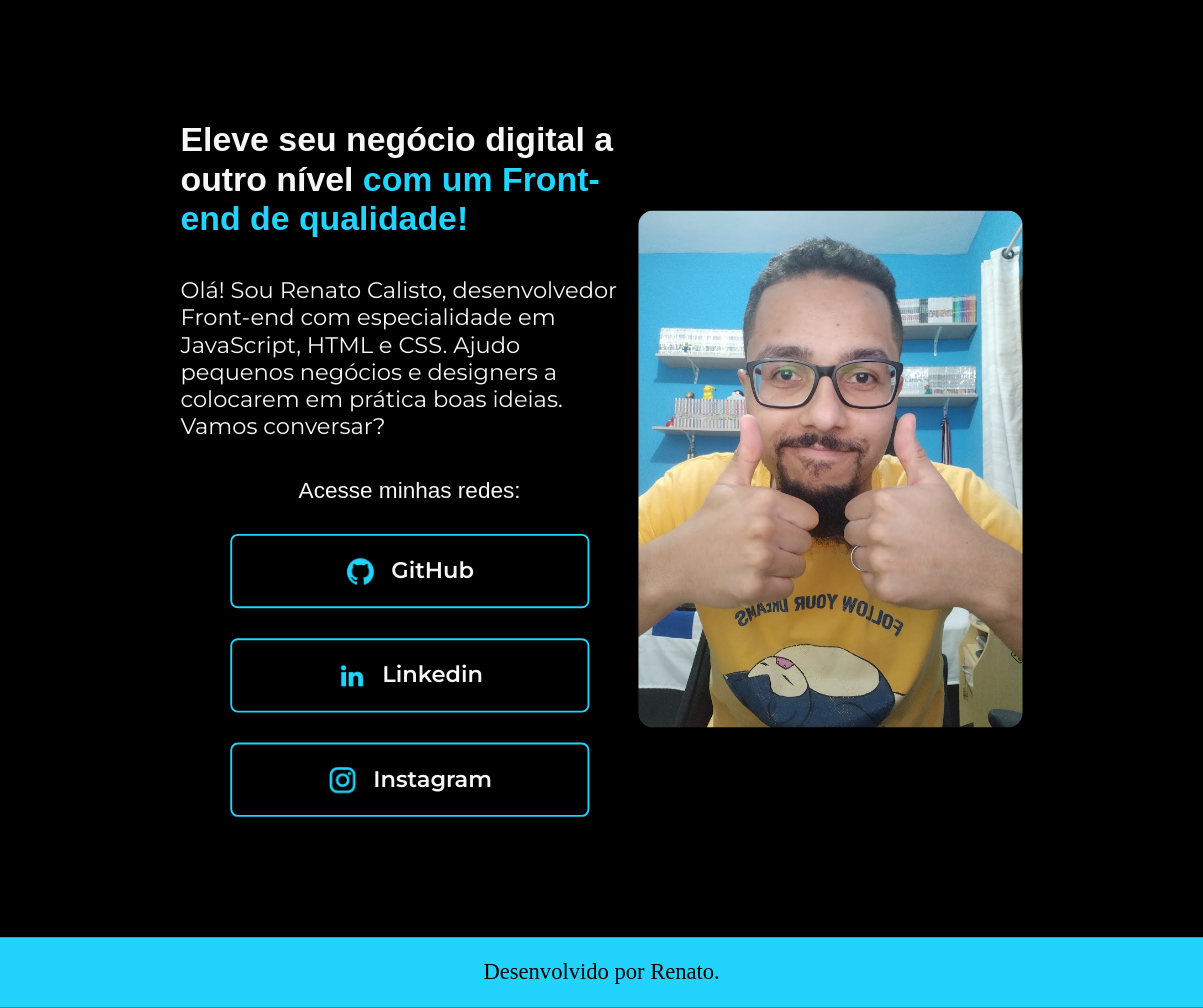
Repository: RenatoCCS/Portfolio_Alura
Page: index.html
The author's editor kept a copy of each file at every save. The page is drawn from the files as they stood at one save, then again after the next save.
The browser window is 1280 px wide. The pictures show the whole page, at 94% of full size.
Some web fonts or font styles are not loaded; a fallback is used.

Above is the page before, as saved 2023-02-28 20:55:30.

### index.html
<!DOCTYPE html>
<html lang="pt-br">
  <head>
    <meta charset="UTF-8" />
    <meta http-equiv="X-UA-Compatible" content="IE=edge" />
    <meta name="viewport" content="width=device-width, initial-scale=1.0" />
    <title>Portfolio</title>
    <link rel="stylesheet" href="style.css" />
  </head>
  <body>
    <header></header>
    <main class="apresentacao">
      <section class="apresentacao__conteudo">
        <h1 class="apresentacao__conteudo__titulo">
          Eleve seu negócio digital a outro nível
          <strong class="titulo-destaque">
            com um Front-end de qualidade!
          </strong>
        </h1>
        <p class="apresentacao__conteudo__texto">
          Olá! Sou Renato Calisto, desenvolvedor Front-end com especialidade em
          JavaScript, HTML e CSS. Ajudo pequenos negócios e designers a
          colocarem em prática boas ideias. Vamos conversar?
        </p>
        <div class="apresentacao__links">
          <h2 class="apresentacao__links__subtitulo">Acesse minhas redes:</h2>

          <a
            class="apresentacao__links__link"
            href="https://github.com/RenatoCCS"
          >
            <img src="./assets/github.png" alt="Icone do github" />
            GitHub
          </a>

          <a
            class="apresentacao__links__link"
            href="https://www.linkedin.com/in/renatocalisto/"
          >
            <img src="./assets/linkedin.png" alt="Icone do linkedin" />
            Linkedin
          </a>

          <a
            class="apresentacao__links__link"
            href="https://www.instagram.com/reevoltz/"
          >
            <img src="./assets/instagram.png" alt="Icone do instagram" />
            Instagram
          </a>
        </div>
      </section>
      <img
        class="apresentacao__foto"
        src="./assets/renato.jpg"
        alt="Renato fazendo sinal de positivo com ambas as mãos"
      />
    </main>
    <footer class="rodape"><p>Desenvolvido por Renato.</p></footer>
  </body>
</html>

### style.css
@import url('https://fonts.googleapis.com/css2?family=Krona+One&family=Montserrat:wght@400;600&display=swap');

* {
  margin: 0;
  padding: 0;
}

body {
  /* height: 100vh; */
  box-sizing: border-box;
  background-color: #000000;
  color: #f6f6f6;
}

.titulo-destaque {
  color: #22d4fd;
}

.apresentacao {
  margin: 10% 15%;
  display: flex;
  align-items: center;
  justify-content: space-between;
}

.apresentacao__conteudo {
  width: 615px;
  display: flex;
  flex-direction: column;
  gap: 40px;
}

.apresentacao__conteudo__titulo {
  font-size: 36px;
  font-family: 'Krona One', sans-serif;
}

.apresentacao__conteudo__texto {
  font-size: 24px;
  font-family: 'Montserrat', sans-serif;
}

.apresentacao__links {
  display: flex;
  flex-direction: column;
  justify-content: space-between;
  align-items: center;
  gap: 32px;
}

.apresentacao__links__subtitulo {
  font-family: 'Krona One', sans-serif;
  font-weight: 400;
  font-size: 24px;
}

.apresentacao__links__link {
  /* background-color: #22d4fd; foi trocado o estilo*/
  display: flex;
  justify-content: center;
  gap: 16px;
  border: 2px solid #22d4fd;
  width: 378px;
  text-align: center;
  border-radius: 8px;
  font-size: 24px;
  font-weight: 600;
  padding: 21.5px 0;
  text-decoration: none;
  color: #f6f6f6;
  font-family: 'Montserrat', sans-serif;
}

.apresentacao__links__link:hover {
  background-color: #272727;
}

/*Utilizei minha foto e fui adaptando de acordo com o tamanho da outra foto*/
.apresentacao__foto {
  height: 550px;
  width: 490px;
  left: 1032px;
  top: 253px;
  border-radius: 16px;
}

.rodape {
  padding: 24px;
  color: #000000;
  background-color: #22d4fd;
  text-align: center;
  font-family: 'Montserrat' sans-serif;
  font-size: 24px;
  font-weight: 400;
}

After the next save:
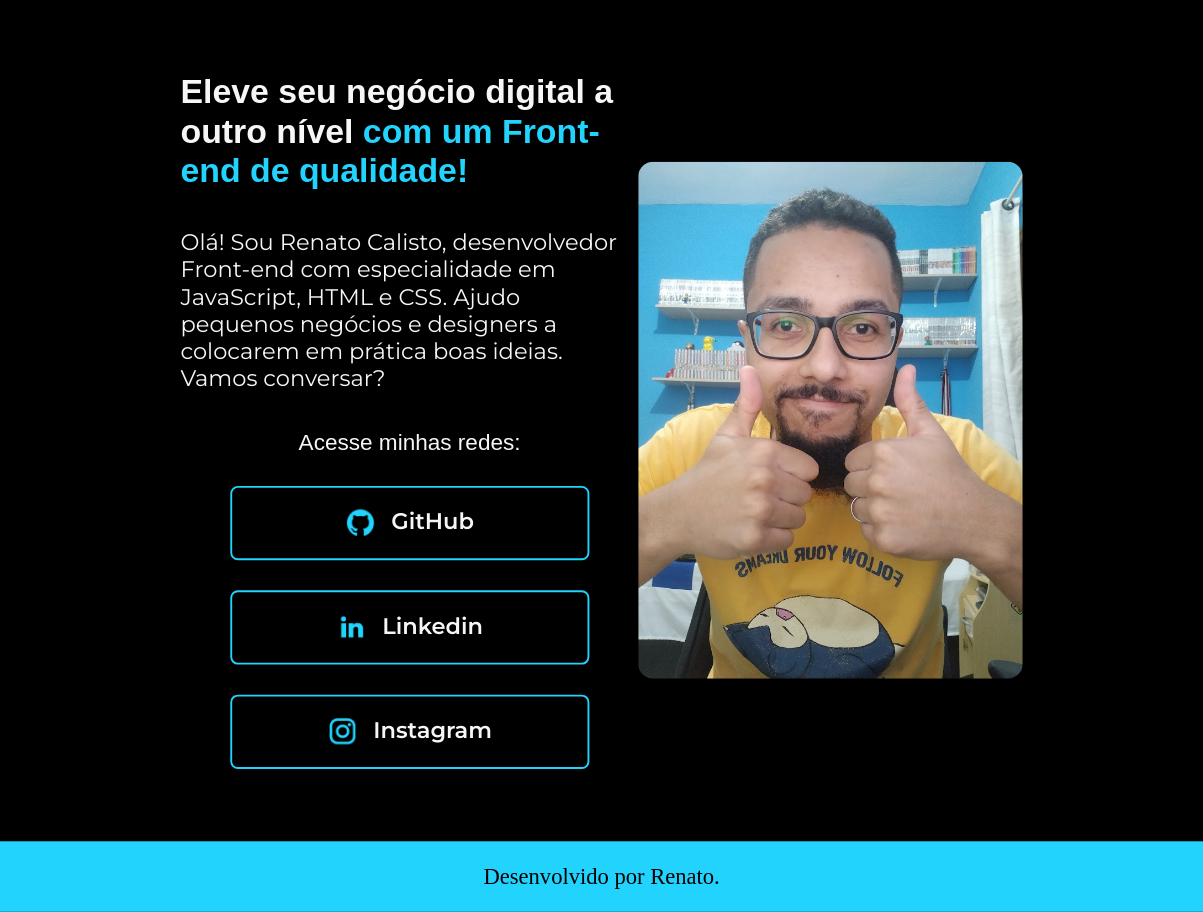
Saved 2 min 21 s later.
--- a/style.css
+++ b/style.css
@@ -17,7 +17,7 @@ body {
 }
 
 .apresentacao {
-  margin: 10% 15%;
+  padding: 6% 15%;
   display: flex;
   align-items: center;
   justify-content: space-between;
